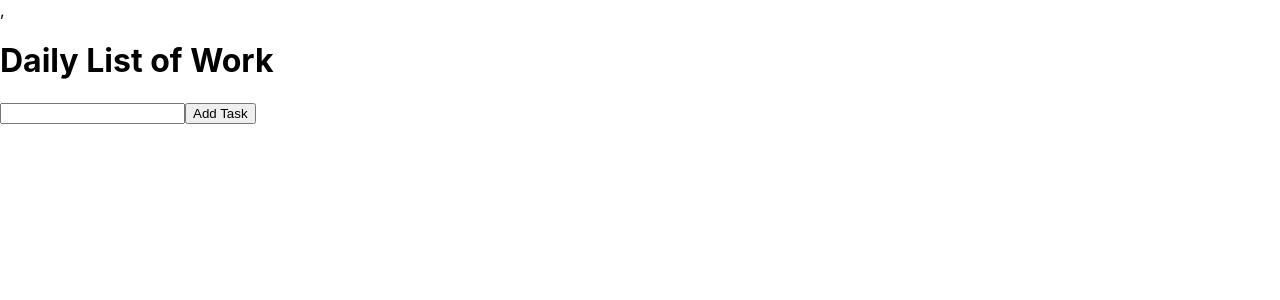
Repository: iamjayenmthakuri/todolist
Page: /
An editor plug-in stored every save of this project. The page is shown before and after the next save, followed by the edit.
The browser window is 1280 px wide. The pictures show the whole page.
The project was rebuilt for these pictures with package versions that can differ from the ones it lists, and the page was loaded fresh each time.

Above is the page before, as saved 2022-09-19 09:33:21.

### src/App.js
import React from 'react';
import { useState } from 'react';

function App() {
const [todoList,setTodoList] = useState([]);
const [newTask,setNewTask] = useState("");

const handleOnChange=(event)=>{
  setNewTask(event.target.value)
};

const addTask = () => {
  const task ={
  id: todoList.lenght === 0 ? 1 : todoList[todoList.length-1].id+1,
  taskName:newTask,
}
  setTodoList([...todoList,task]);
};

const deleteTask = (id) => {
  setTodoList(todoList.filter((task) => task.id !== id));
};




  return (
    <div>
    <div>,<h1>Daily List of Work</h1>

    <input onChange={handleOnChange} />
    <button onClick={addTask}>Add Task</button>
    {todoList.map((task)=>{
      return(
        <>
         <h1>{task.taskName}</h1>
      <h5><button onClick={ () => deleteTask(task.id)}>X</button></h5>
      </>
    );
    })}
    </div>
    </div>
  );
}

export default App;

Loaded but not shown: public/index.html (common file); src/index.js (common file); src/index.css (common file); src/reportWebVitals.js (common file)

After the next save:
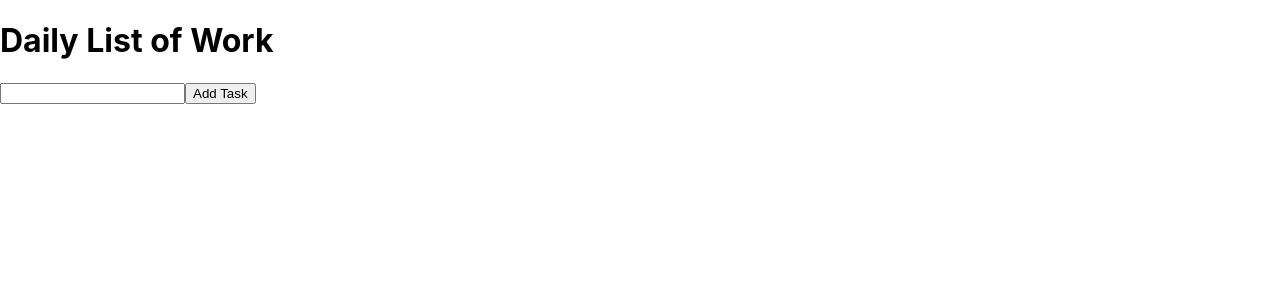
Saved 7 min 50 s later.
--- a/src/App.js
+++ b/src/App.js
@@ -26,7 +26,7 @@ const deleteTask = (id) => {
 
   return (
     <div>
-    <div>,<h1>Daily List of Work</h1>
+    <div><h1>Daily List of Work</h1>
 
     <input onChange={handleOnChange} />
     <button onClick={addTask}>Add Task</button>
